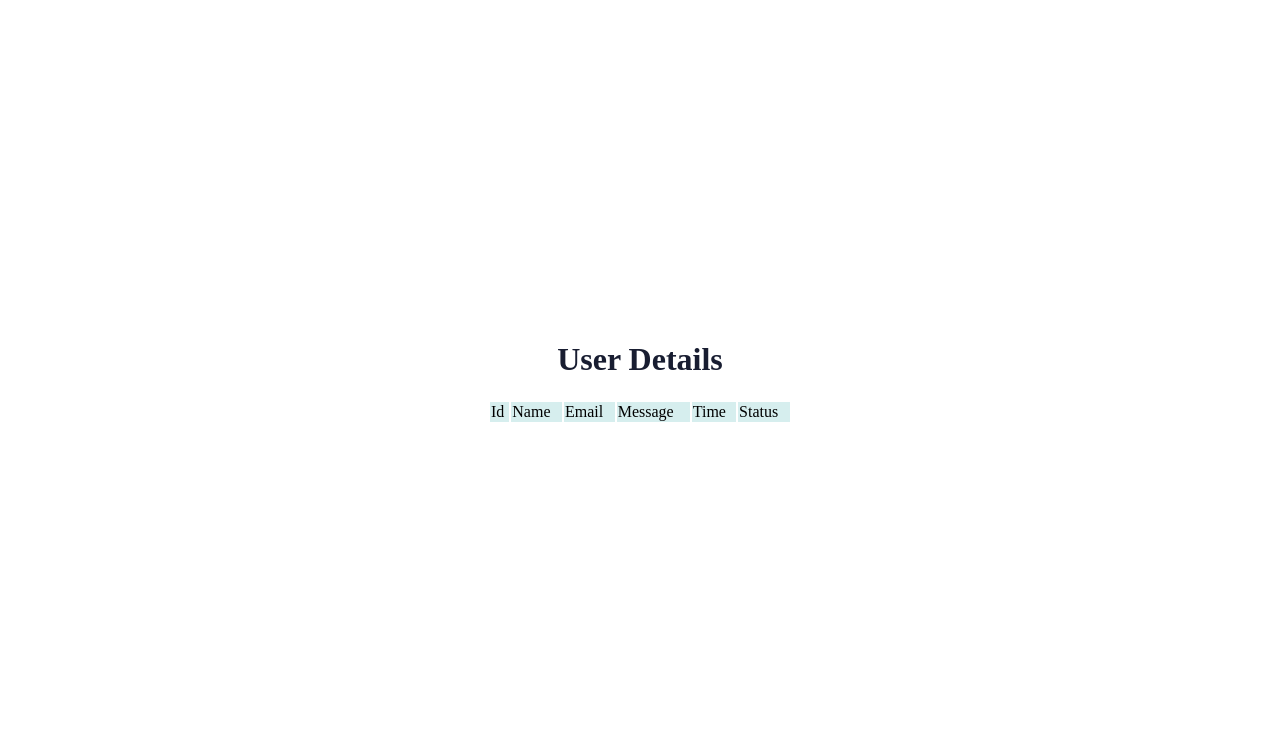
Repository: Shivamkr522/Contact_Us_Page
Page: http://localhost/ContactUs/dashboard
The author's editor kept a copy of each file at every save. The page is drawn from the files as they stood at one save, then again after the next save.
The browser window is 1280 px wide. The pictures show the whole page.
The page is served by Tomcat 9. The session is filled in as if someone had signed in: {"admin": "Test User"}. Other server files are loaded and not shown. Queries for data that is not in the repository find no rows.

Above is the page before, as saved 2022-12-11 20:09:20.

### ContactUs/src/main/webapp/dashboard.jsp
<%@ page language="java" contentType="text/html; charset=UTF-8"
    pageEncoding="UTF-8"  import="java.util.*, com.contactus.Request"%>
<%@ taglib uri="http://java.sun.com/jsp/jstl/core" prefix="c"%>
<!DOCTYPE html>
<html>
<head>
<meta charset="UTF-8">
<title>Insert title here</title>
<link rel="stylesheet" href="dashboard.css">
</head>
<body>
	<%
		response.setHeader("Cache-Control", "no-cache, no-store, must-revalidate");
		if(session.getAttribute("admin")==null){
			response.sendRedirect("login.jsp");
		}
		session.getAttribute("contactUsData");
	%>
	<div id="table-content">
		<h1>User Details</h1>
		<table>
		<thead>
			<tr>
				<td>Id</td>
				<td>Name</td>
				<td>Email</td>
				<td>Message</td>
				<td>Time</td>
				<td>Status</td>
			</tr>
		</thead>
		<tbody>
			<c:forEach var="sendData" items = "${contactUsData}"  >
				<tr>
					<td>${sendData.getId()}</td>
					<td>${sendData.getName()}</td>
					<td>${sendData.getEmail()}</td>
					<td>${sendData.getMessage()}</td>
					<td>${sendData.getTime()}</td>
					<td>${sendData.getStatus()}</td>
					<td><form action="dashboard" method="post">
            			<input type="hidden" name="id" value="${sendData.getId()}">
            			<button type="submit" name="status"value="${sendData.getStatus()}">${sendData.getStatus()}</button>
            			</form>
            		</td>
				</tr>
			</c:forEach>
		</tbody>

	</table>
	</div>


</body>
</html>

### ContactUs/src/main/java/com/login/DashboardServlet.java
package com.login;
import java.io.IOException;
import java.util.*;

import javax.servlet.RequestDispatcher;
import javax.servlet.ServletException;
import javax.servlet.annotation.WebServlet;
import javax.servlet.http.HttpServlet;
import javax.servlet.http.HttpServletRequest;
import javax.servlet.http.HttpServletResponse;
import javax.servlet.http.HttpSession;

import com.contactus.RequestDAO;
import com.contactus.Request;
@WebServlet("/dashboard")
public class DashboardServlet extends HttpServlet{
	private static final long serialVersionUID = 1L;

	public void doGet(HttpServletRequest req, HttpServletResponse res) throws IOException, ServletException {
		List<Request> contactUsUserData = new ArrayList<>();
		contactUsUserData = RequestDAO.fetchData();
		HttpSession session=req.getSession();
        session.setAttribute("contactUsData",contactUsUserData);

        RequestDispatcher reqDis = req.getRequestDispatcher("dashboard.jsp");
		reqDis.forward(req, res);
	}
	public void doPost(HttpServletRequest req, HttpServletResponse res) throws ServletException, IOException {
        int id = Integer.parseInt(req.getParameter("id"));
        String status = req.getParameter("status");
        Request requestdata = new Request();
        requestdata.setStatus(status);
        requestdata.setId(id);
        RequestDAO requestDao = new RequestDAO();
        try {
            requestDao.changeStatus(requestdata);
        }
        catch (Exception e) {
            e.printStackTrace();
        }
        res.sendRedirect("dashboard");
	}
}

### ContactUs/src/main/java/com/contactus/RequestDAO.java
package com.contactus;

import java.sql.*;
import java.util.ArrayList;
import java.util.List;

public class RequestDAO {
	public static final String DATABASE = "ContactUsDB";
    public static final String HOST_NAME = "localhost";
    public static final String HOST = "5432";
    public static final String USER = "postgres";
    public static final String PASSWORD = "postgres";

	public void saveRequest(Request req) {
		try {
			Class.forName("org.postgresql.Driver");
			Connection con = DriverManager.getConnection("jdbc:postgresql://"+HOST_NAME+":"+HOST+"/"+DATABASE,USER,PASSWORD);
			String query = "Insert Into contactus(fullname, emailid, message, status) values(?,?,?,?)";
			PreparedStatement prep = con.prepareStatement(query);
			prep.setString(1, req.getName());
			prep.setString(2, req.getEmail());
			prep.setString(3, req.getMessage());
			prep.setString(4, "active");
			prep.executeQuery();
			con.close();
		} catch (Exception e) {
			e.printStackTrace();
		}
	}

	public static List<Request> fetchData() {
		List<Request> lst = new ArrayList<Request>();
		try {
			Class.forName("org.postgresql.Driver");
			Connection con = DriverManager.getConnection("jdbc:postgresql://"+HOST_NAME+":"+HOST+"/"+DATABASE,USER,PASSWORD);
			String query ="Select * from contactus";
			Statement st =con.createStatement();
			ResultSet rt = st.executeQuery(query);

			while(rt.next()) {
				Request contain = new Request();
				int id=Integer.parseInt(rt.getString(1));
				contain.setId(id);
				contain.setName(rt.getString(2));
				contain.setEmail(rt.getString(3));
				contain.setMessage(rt.getString(4));
				contain.setTime(rt.getString(5));
				contain.setStatus(rt.getString(6));
				lst.add(contain);
			}
			return lst;
		}
		catch(Exception e){
			e.printStackTrace();
		}
		return null;
	}
	public void changeStatus(Request requestobj) throws ClassNotFoundException, SQLException {
        int id = requestobj.getId();
        String status = requestobj.getStatus();
            if(status.equals("active")) {
            status="archive";
        }
        else {
            status="active";
        }
        String sql ="update contactus set status='"+status+"' where id="+id+";";
        Class.forName("org.postgresql.Driver");
        Connection con= DriverManager.getConnection("jdbc:postgresql://"+HOST_NAME+":"+HOST+"/"+DATABASE,USER,PASSWORD);
        Statement st=con.createStatement();
         st.executeQuery(sql);
    }
}

### ContactUs/src/main/webapp/dashboard.css
@charset "UTF-8";


thead{
	background-color: #D6EEEE;
}

tr {
	border-bottom: 1px solid #ddd;
}

tr:hover{
	background-color: #D6EEEE;
}

h1{
	text-align: center;
	color: #181D31;
}

#table-content{
	display: flex;
	flex-direction: column;
	margin: 20rem 30rem;
}

After the next save:
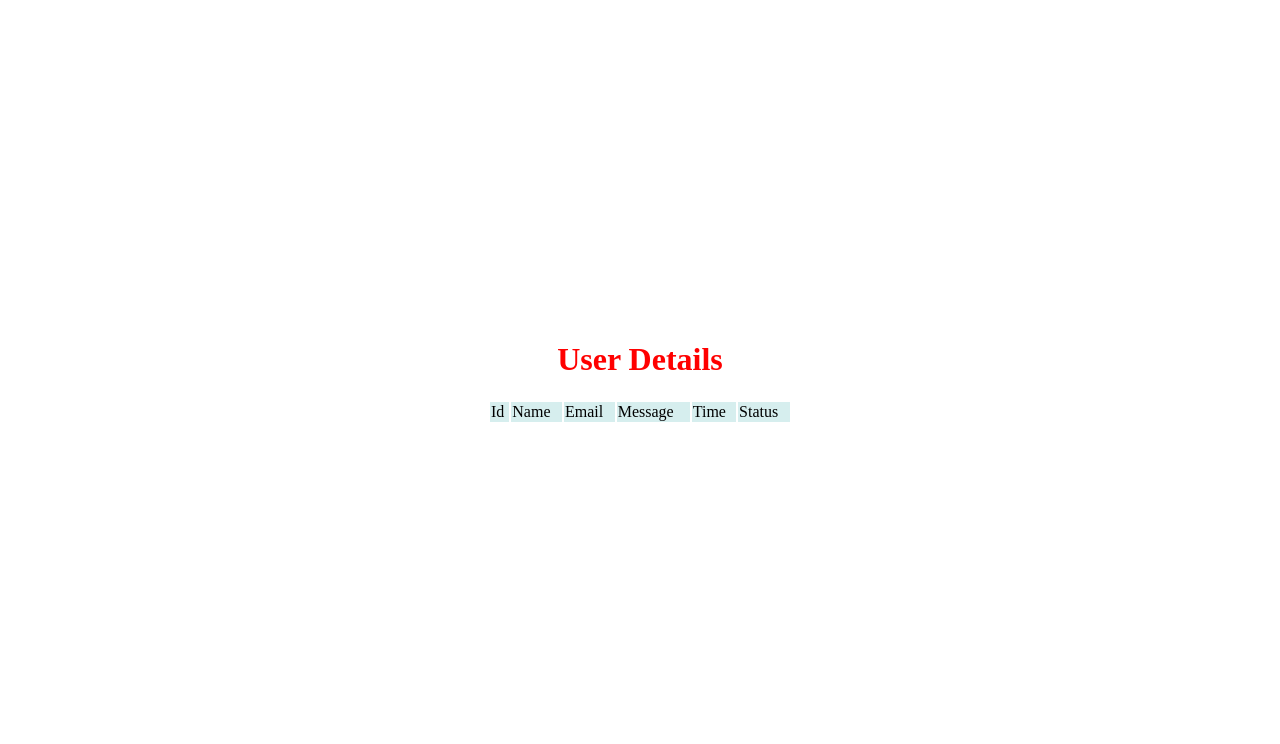
Saved 2 min 13 s later.
--- a/ContactUs/src/main/webapp/dashboard.css
+++ b/ContactUs/src/main/webapp/dashboard.css
@@ -15,7 +15,7 @@
 
 h1{
 	text-align: center;
-	color: #181D31;
+	color: red;
 }
 
 #table-content{

After the save that followed:
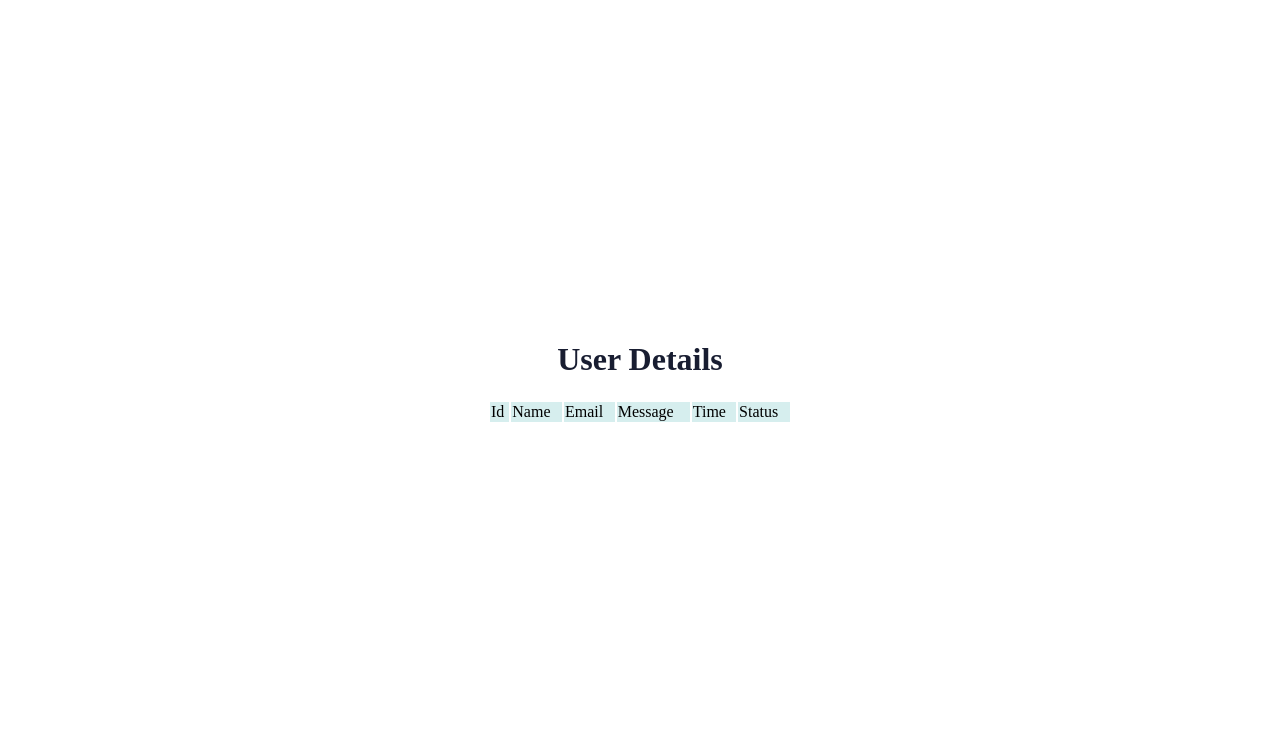
Saved 15 s later.
--- a/ContactUs/src/main/webapp/dashboard.css
+++ b/ContactUs/src/main/webapp/dashboard.css
@@ -15,7 +15,7 @@
 
 h1{
 	text-align: center;
-	color: red;
+	color: #181D31;
 }
 
 #table-content{
